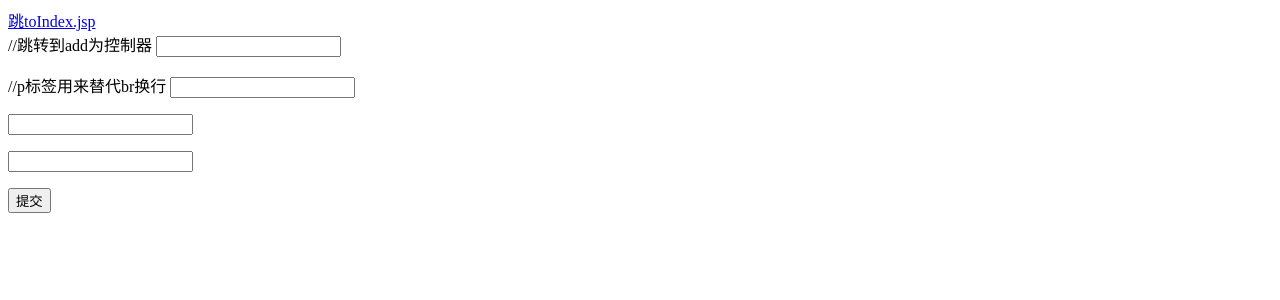
Repository: JasonYan2015/FE-learning-examples
Page: http://localhost/优普20160801_Easy_book_SSM/
These files come from the project's save history. The page is drawn as it stood at one moment and after the next save; the edit follows.
The browser window is 1280 px wide. The pictures show the whole page.
The page is served by Tomcat 9.

Above is the page before, as saved 2016-08-01 06:29:39.

After the next save:
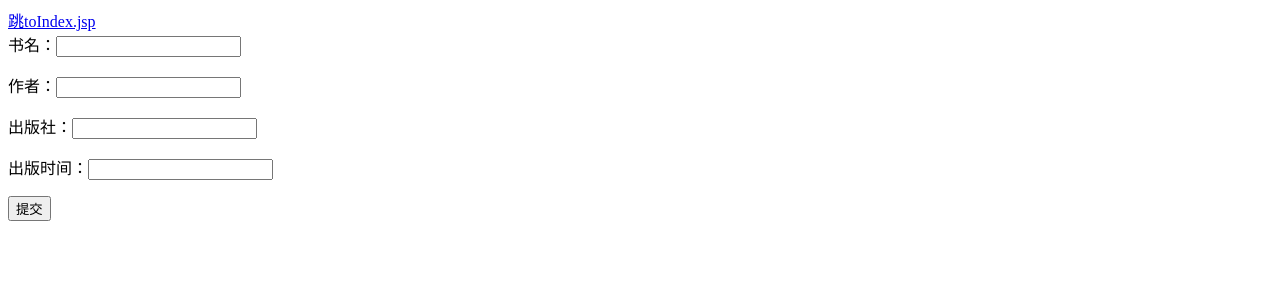
Saved 2 min 56 s later.
--- a/eclipse/优普20160801_Easy_book_SSM/WebContent/index.jsp
+++ b/eclipse/优普20160801_Easy_book_SSM/WebContent/index.jsp
@@ -8,11 +8,11 @@
 </head>
 <body>
 	<a href="a">跳toIndex.jsp</a>
-	<form action="add" method="post">						//跳转到add为控制器
-		<input type="text" name="bookname"/><p></p>			//p标签用来替代br换行
-		<input type="text" name="author"/><p></p>
-		<input type="text" name="press"/><p></p>
-		<input type="text" name="presdate"/><p></p>
+	<form action="add" method="post">						<!-- 跳转到add为控制器 -->
+		书名：<input type="text" name="bookname"/><p></p>			<!--  p标签用来替代br换行 -->
+		作者：<input type="text" name="author"/><p></p>
+		出版社：<input type="text" name="press"/><p></p>
+		出版时间：<input type="text" name="presdate"/><p></p>
 		<input type="submit" value="提交"/><p></p>
 	</form>
 </body>
